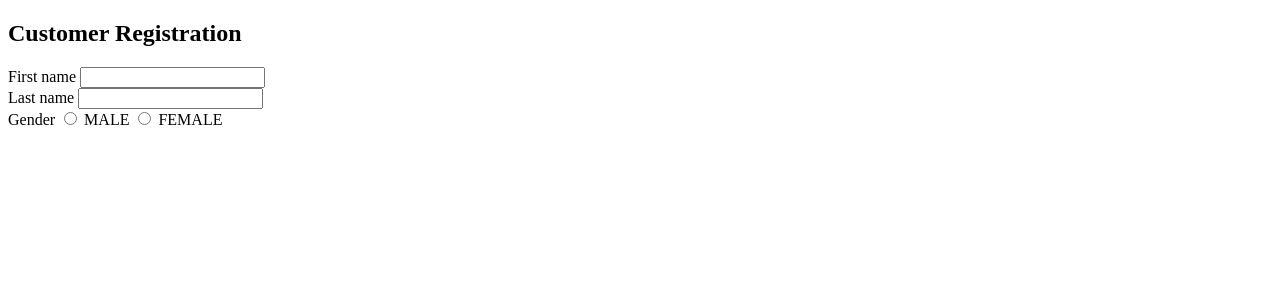
Repository: jbn-aman/wiprobatch1
Page: project/work/html/mywebapp/public/pages/registration.html
An editor plug-in stored every save of this project. The page is shown before and after the next save, followed by the edit.
The browser window is 1280 px wide. The pictures show the whole page.

Above is the page before, as saved 2024-03-31 10:36:40.

### project/work/html/mywebapp/public/pages/registration.html
<!DOCTYPE html>
<html>
<head>
<meta charset="ISO-8859-1">
<title>Registration</title>
</head>
<body>

	<h2>Customer Registration</h2>

	<form>
	<div>

	<label>First name</label>
	<input type = "text" value =""/>

	</div>
	<div>

	<label>Last name</label>
	<input type = "text" value =""/>

	</div>

	</div>
	<div>

	<label>Gender</label>
	<input type = "radio" value ="M"/> MALE
	<input type = "radio" value ="F"/> FEMALE
	</div>

	</form>
</body>
</html>

After the next save:
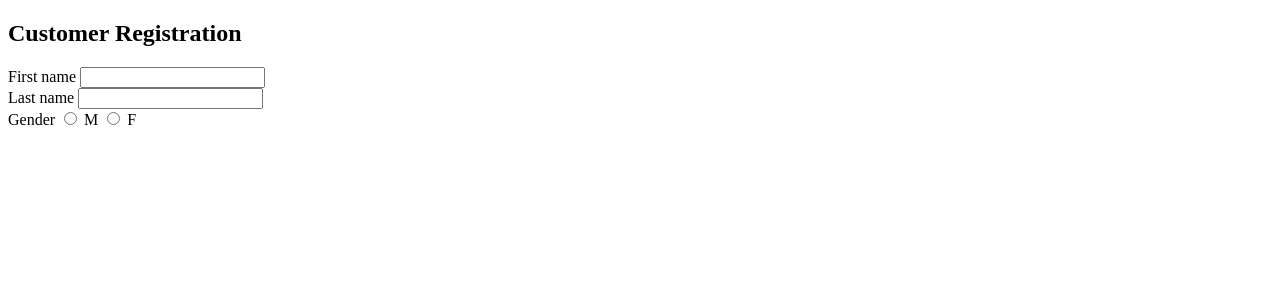
Saved 23 s later.
--- a/project/work/html/mywebapp/public/pages/registration.html
+++ b/project/work/html/mywebapp/public/pages/registration.html
@@ -26,8 +26,8 @@
 	<div>
 
 	<label>Gender</label>
-	<input type = "radio" value ="M"/> MALE
-	<input type = "radio" value ="F"/> FEMALE
+	<input type = "radio" value ="Male"/> M
+	<input type = "radio" value ="Female"/> F
 	</div>
 
 	</form>
